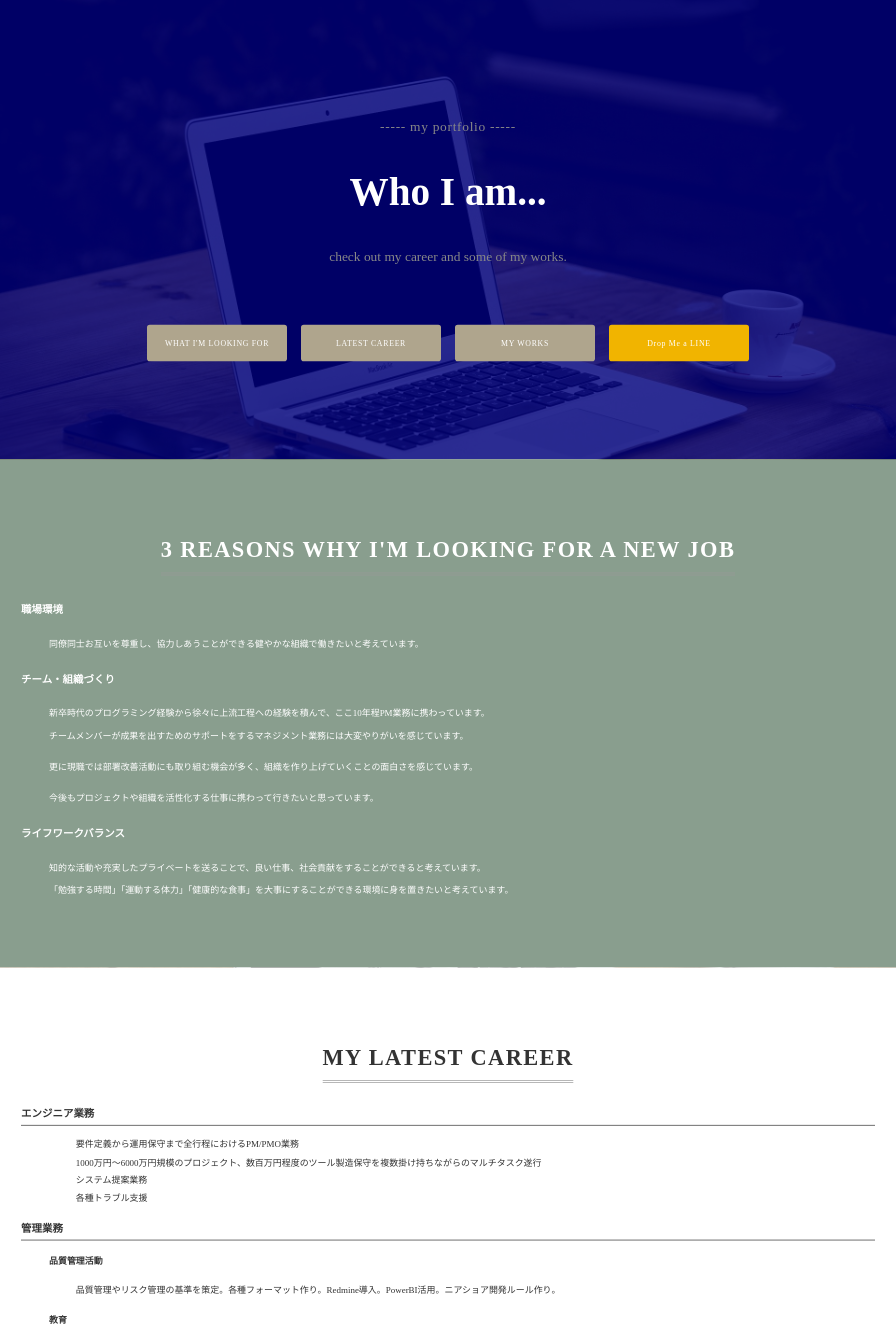
Repository: dackelteckel/myworks
Page: index.html
The author's editor kept a record of every edit. The page is drawn from the files as they stood at one moment, then again after the next edit.
The browser window is 1280 px wide. The pictures show the part of the page from y = 0 to 1920 px (the page is 3277 px tall), at 70% of full size.
Backgrounds fixed to the window are drawn as part of the page.

Above is the page before.

After the next edit:
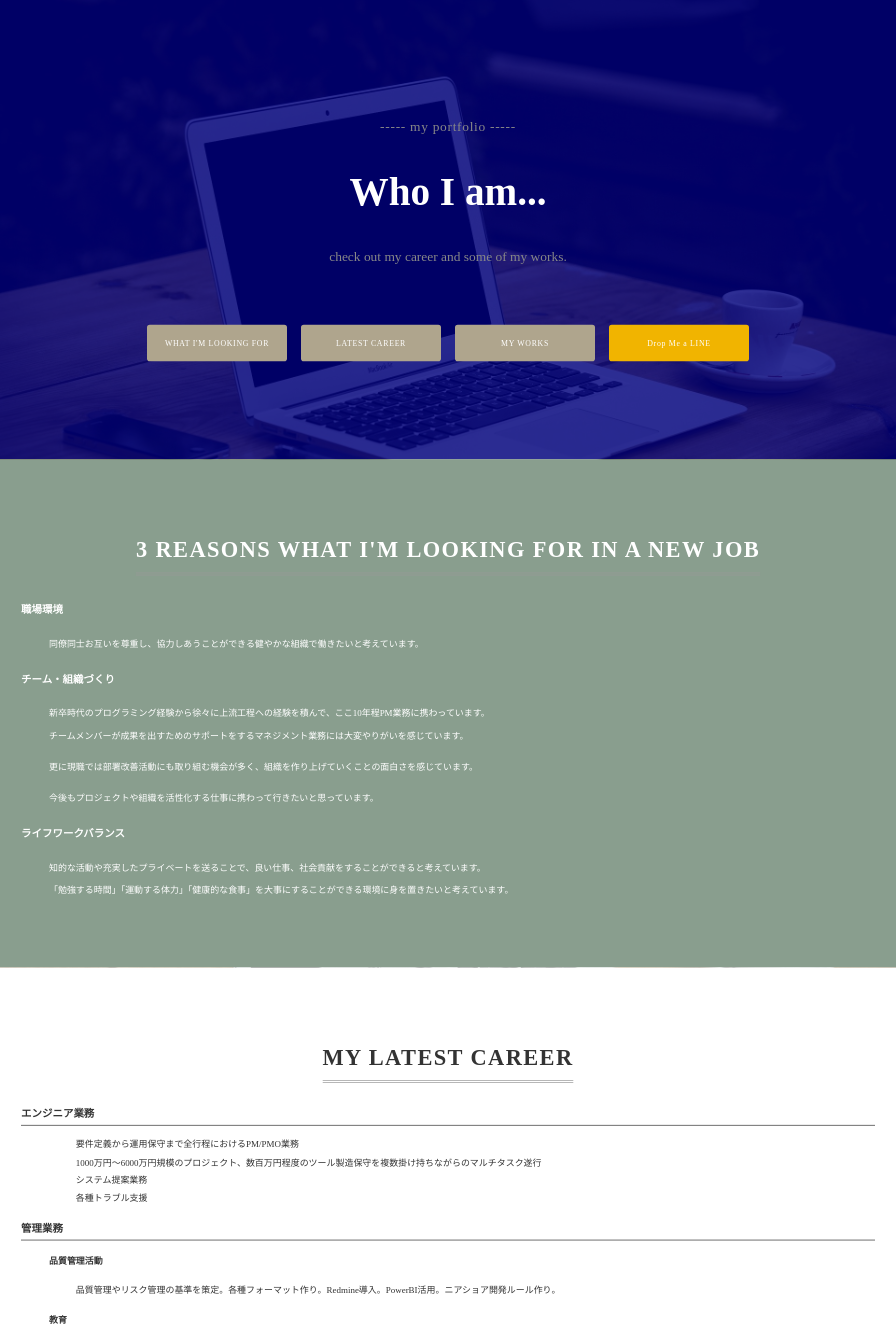
The edit:
--- a/index.html
+++ b/index.html
@@ -60,7 +60,7 @@
   </header>
 
   <section class="reasons" id="reasons">
-    <h2 class="heading">3 REASONS WHY I'M LOOKING FOR A NEW JOB</h2>
+    <h2 class="heading">3 REASONS WHAT I'M LOOKING FOR IN A NEW JOB</h2>
     <dev class="reasons-text">
 <!--第一の基準は、学べることが多い仕事をすることでした。-->
 <!--その仕事をすることで、長期的に自分を成長させることができるのか、ということです。-->
